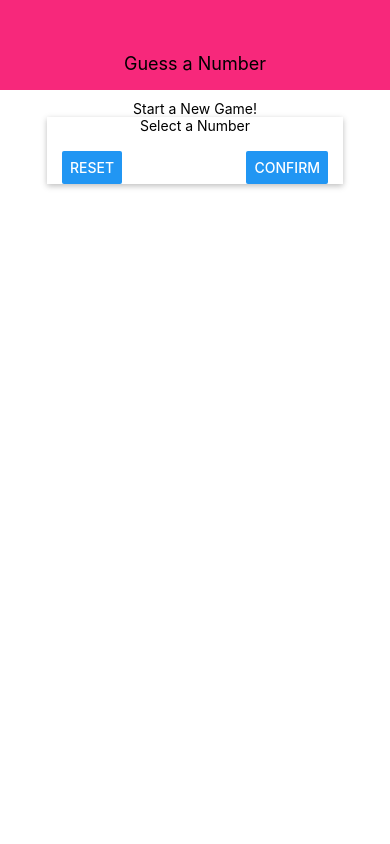
Repository: ChidiChuks/rn-second-project
Screen: / (app in second-project/)
The author's editor kept a copy of each file at every save. The screen is drawn from the files as they stood at one save, then again after the next save.
The app was drawn by React Native's web renderer in a window 390 px wide. The project was rebuilt for these pictures with package versions that can differ from the ones it lists, and the page was loaded fresh each time.

Above is the screen before, as saved 2019-10-23 13:23:42.

After the next save:
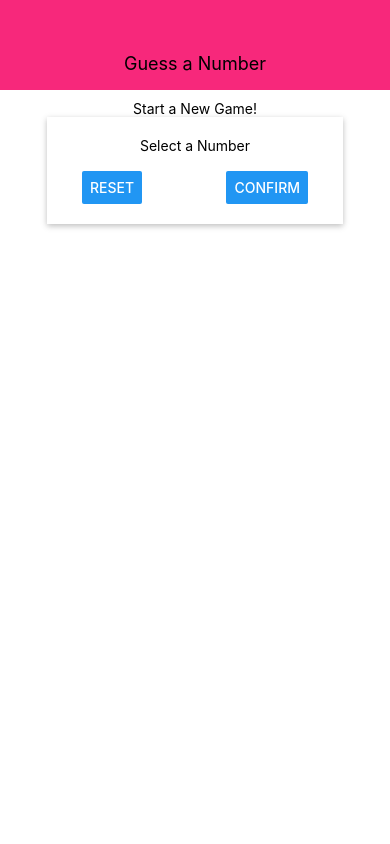
Saved 41 s later.
--- a/second-project/screens/StartGameScreen.js
+++ b/second-project/screens/StartGameScreen.js
@@ -36,7 +36,8 @@ const styles = StyleSheet.create({
     shadowRadius: 6,
     shadowOpacity: 0.26,
     elevation: 7,
-    backgroundColor: 'white'
+    backgroundColor: 'white',
+    padding: 20
   },
   buttonContainer: {
     flexDirection: 'row',
